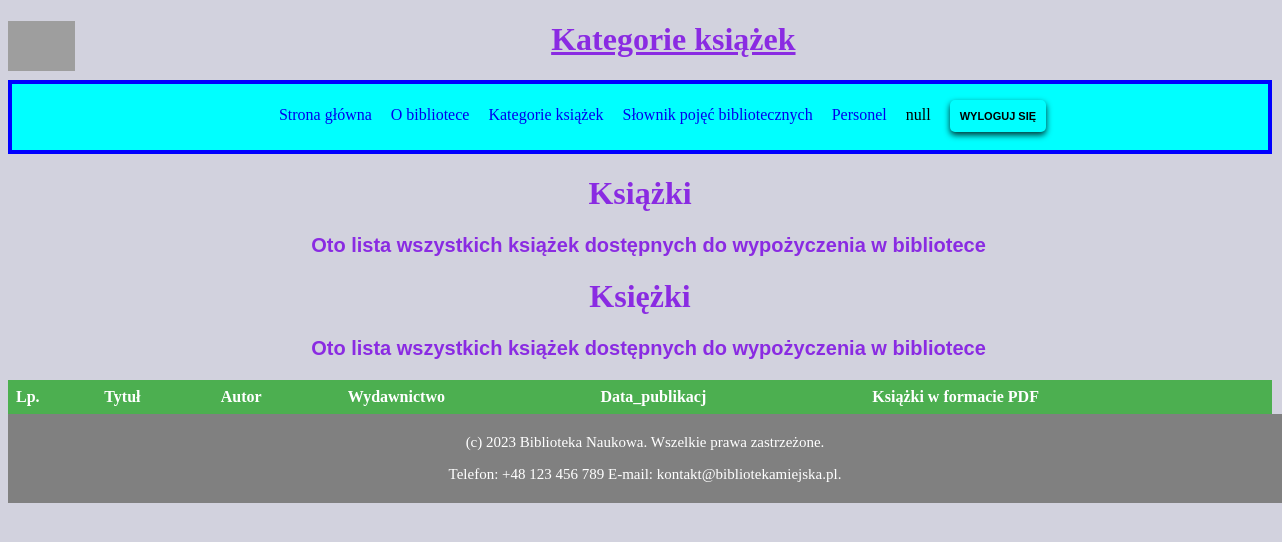
Repository: Dominik098/projekt
Page: http://localhost/biblioteka/C_Kategorie książek.jsp
These files come from the project's save history. The page is drawn as it stood at one moment and after the next save; the edit follows.
The browser window is 1280 px wide. The page is 1282 px wide, so the pictures cover 1282 px, including what lies to the right of the window. The pictures show the whole page.
Pictures or frames that could not be fetched are drawn as grey boxes. The page is served by Tomcat 9. Other server files are loaded and not shown. Queries for data that is not in the repository find no rows.

Above is the page before, as saved 2023-04-28 08:25:29.

### java projekt/biblioteka/src/main/webapp/C_Kategorie książek.jsp
<%@ page language="java" contentType="text/html; charset=UTF-8"%>


<%@ page import="java.sql.*" %>


 <!DOCTYPE html>
<html lang="en">

<head>
    <meta charset="UTF-8">
    <meta http-equiv="X-UA-Compatible" content="IE=edge">
    <meta name="viewport" content="width=device-width, initial-scale=1.0">
    <link rel="stylesheet" href="C_kategorie.css" type="text/css">

    <link rel="icon" type="image/png" href="3.png" sizes="96x96" />
    <title>Kategorie książek </title>



</head>

<body>
    <tr>
        <td align="center"><img src="logo.jpg" name="ksiazka" align="left" weight="90px" height="50px"></td>
    </tr>
    <h1>
        <center><u>Kategorie książek</u></center>
    </h1>
    <header>
        <nav>
            <ul>
                <li class="znacznik" ><a href="A_strona-gl.jsp">Strona główna</a></li>
                <li class="znacznik" ><a href="B_O bibiotece.jsp">O bibliotece</a></li>
                <li  class="znacznik"><a href="C_Kategorie książek.jsp">Kategorie książek </a></li>
                <!--   <li><a href="D_Wypożyczenia.jsp">Wypożyczane </a></li>-->
                <li class="znacznik"><a href="E_Słownik pojęć.jsp">Słownik pojęć bibliotecznych</a></li>
                <li class="znacznik"><a href="F_personel.jsp">Personel</a></li>
               <!-- <li class="znacznik"><a href="G_login.jsp">Logowanie</a></li>
                <li class="znacznik"><a href="H_rejestracja.jsp">Rejestracja</a></li>-->

                <li ><a > <%=session.getAttribute("email-login") %> </a></li>
                <li  ><a href= "logout"><button class="wyloguj" >Wyloguj się</button></a></li>

            </ul>

        </nav>

    </header>
	<h1>Książki </h1>

    <h3>Oto lista wszystkich książek dostępnych do wypożyczenia w bibliotece </h3>






          <h1>Księżki </h1>

    <h3>Oto lista wszystkich książek dostępnych do wypożyczenia w bibliotece </h3>

<table>
    <tr>
        <th>Lp.</th>
        <th>Tytuł</th>
        <th>Autor</th>
        <th>Wydawnictwo</th>
        <th>Data_publikacj</th>
        <th>Książki w formacie PDF</th>


    </tr>
    <%
        try {
            // Połączenie z bazą danych
            String url = "jdbc:mysql://localhost:3306/Biblioteka";
            String user = "root";
            String password = "P@ssw0rd";
            Connection conn = DriverManager.getConnection(url, user, password);

            // Zapytanie SQL
            String sql = "SELECT * FROM Książki";
            PreparedStatement ps = conn.prepareStatement(sql);
            ResultSet rs = ps.executeQuery();

            // Wyświetlenie wyników zapytania
            int i=0;
            while (rs.next()) { i++;
                String tytuł = rs.getString("tytuł");
                String autor = rs.getString("autor");
                String wydawnictwo = rs.getString("wydawnictwo");
                String data_publikacji = rs.getString("data_publikacji");
                String pdf_link = rs.getString("pdf");



    %>
        <tr>
            <td><%= i %></td>
            <td><%= tytuł %></td>
            <td><%= autor %></td>
            <td><%= wydawnictwo %></td>
            <td><%= data_publikacji %></td>
            <td>
    <a href="<%= request.getContextPath() + pdf_link %>" target="_blank" download><button class="pobierz">Pobierz książkę </button></a>
</td>


        </tr>
    <%
            }
            // Zamykanie połączenia z bazą danych
            rs.close();
            ps.close();
            conn.close();
        } catch (SQLException e) {
            e.printStackTrace();
        }
    %>
</table>

<script>
    // Funkcja pobierająca plik PDF
    function pobierzPDF(link) {
        window.location.href = link;
    }
</script>



    <footer>
        <p>(c) 2023 Biblioteka Naukowa. Wszelkie prawa zastrzeżone.</p>
        <p>Telefon: +48 123 456 789  E-mail: kontakt@bibliotekamiejska.pl.</p>

    </footer>



</body>

</html>

### java projekt/biblioteka/src/main/webapp/C_kategorie.css
body {
    background-color: rgb(210, 210, 222);

}

header {
    border: 4px;
    background-color: aqua;
    border: 4px solid blue;
    padding-bottom: 2px;
}



h1 {
    text-align: center;
    color: blueviolet;

}

h3 {
    text-align: center;
    margin-left: 17px;
    color: blueviolet;
    font-family: Arial;
    font-size: 20px;

}




ul li {
    display: inline;
    margin-left: 5px;
    padding: 5px;

}

ul {
    text-align: center;
}

a {
    padding-top: 5px;
    padding-bottom: 5px;
    text-decoration: none;
}






footer {
    text-align: center;
    font-size: 15px;
    color: white;
    background-color: gray;


    bottom: 0;
    margin-top: auto;
    width: 100%;
    padding: 5px;
}



table {
        background-color: #f9f9f9;
        border-collapse: collapse;
        width: 100%;
    }

    th, td {
        text-align: left;
        padding: 8px;
    }

    th {
        background-color: #4CAF50;
        color: white;
    }


    tr:hover {
  border-bottom: 2px solid red;
}


.pobierz{

  display: inline-block;
  padding: 10px 20px;
  font-size: 12px;
  font-weight: bold;
  text-align: center;
  text-transform: uppercase;
  color: #fff;
  background-color: #4CAF50;
  border: none;
  border-radius: 5px;
  box-shadow: 0 3px 6px rgba(0, 0, 0, 0.3);
  cursor: pointer;
  transition: background-color 0.3s ease;
}

.pobierz:hover {
  background-color: #0056b3;
}

.klik {
  background-color: transparent;
  border: none;
  cursor: pointer;
  background-color:  aqua;
  border: none;
  border-radius: 5px;
  box-shadow: 0 3px 6px rgba(0, 0, 0, 0.1);
  font-size: 11px;
  font-weight: bold;
  text-align: center;
}

.klik:hover {
  background-color: #0056b3;
  color: #ffffff;
}

.wyloguj{

  display: inline-block;
  padding: 10px 10px;
  font-size: 11px;
  font-weight: bold;
  text-align: center;
  text-transform: uppercase;
  color: black;
  background-color:  aqua;
  border: none;
  border-radius: 5px;
  box-shadow: 0 3px 6px rgba(0, 0, 0, 0.8);
  cursor: pointer;
  transition: background-color 0.3s ease;
}

.wyloguj:hover {
  background-color: #0056b3;
}
 .dodanie{
 display: inline-block;
  padding: 10px 10px;
  font-size: 11px;
  font-weight: bold;
  text-align: center;
  text-transform: uppercase;
  color: black;
  background-color:  rgb(210, 210, 222);
  border: none;
  border-radius: 5px;
  box-shadow: 0 3px 6px rgba(0, 0, 0, 0.6);
  cursor: pointer;
  transition: background-color 0.3s ease;

 }
 .dodanie:hover{
 background-color: #0056b3;
 }
#info{
	text-align: center;

}
 #info_przycisk {
        background-color: #4CAF50;
        color: #fff;
        border: none;
        padding: 5px 10px;
        border-radius: 4px;

        cursor: pointer;
        transition: background-color 0.3s ease;
    }

After the next save:
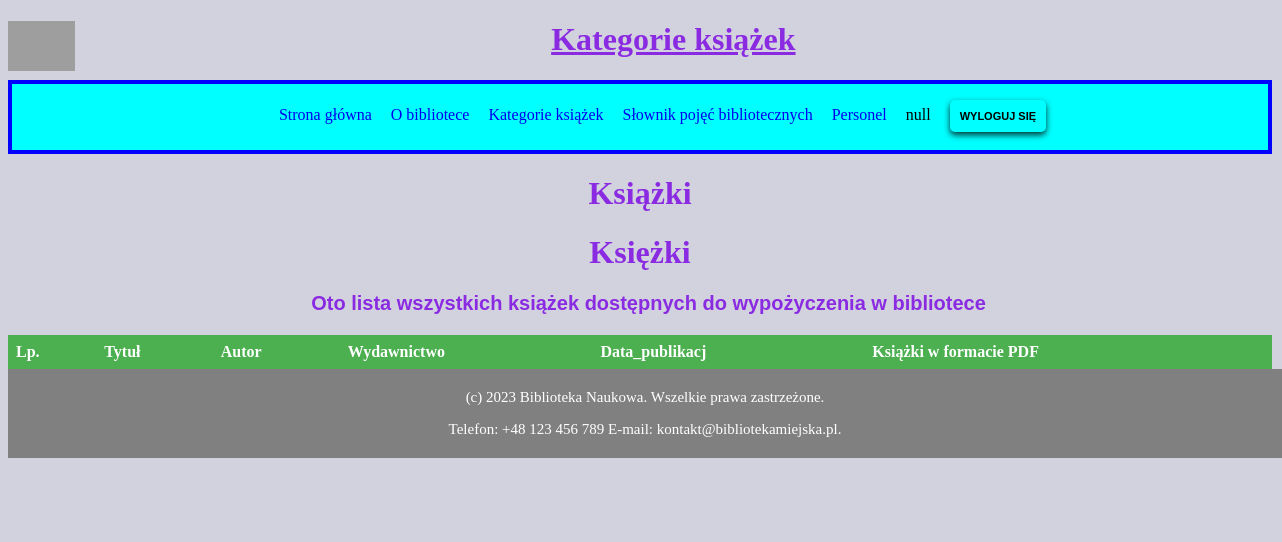
Saved 9 s later.
--- a/java projekt/biblioteka/src/main/webapp/C_Kategorie książek.jsp
+++ b/java projekt/biblioteka/src/main/webapp/C_Kategorie książek.jsp
@@ -49,7 +49,7 @@
     </header>
 	<h1>Książki </h1>
 
-    <h3>Oto lista wszystkich książek dostępnych do wypożyczenia w bibliotece </h3>
+
 
 
 
